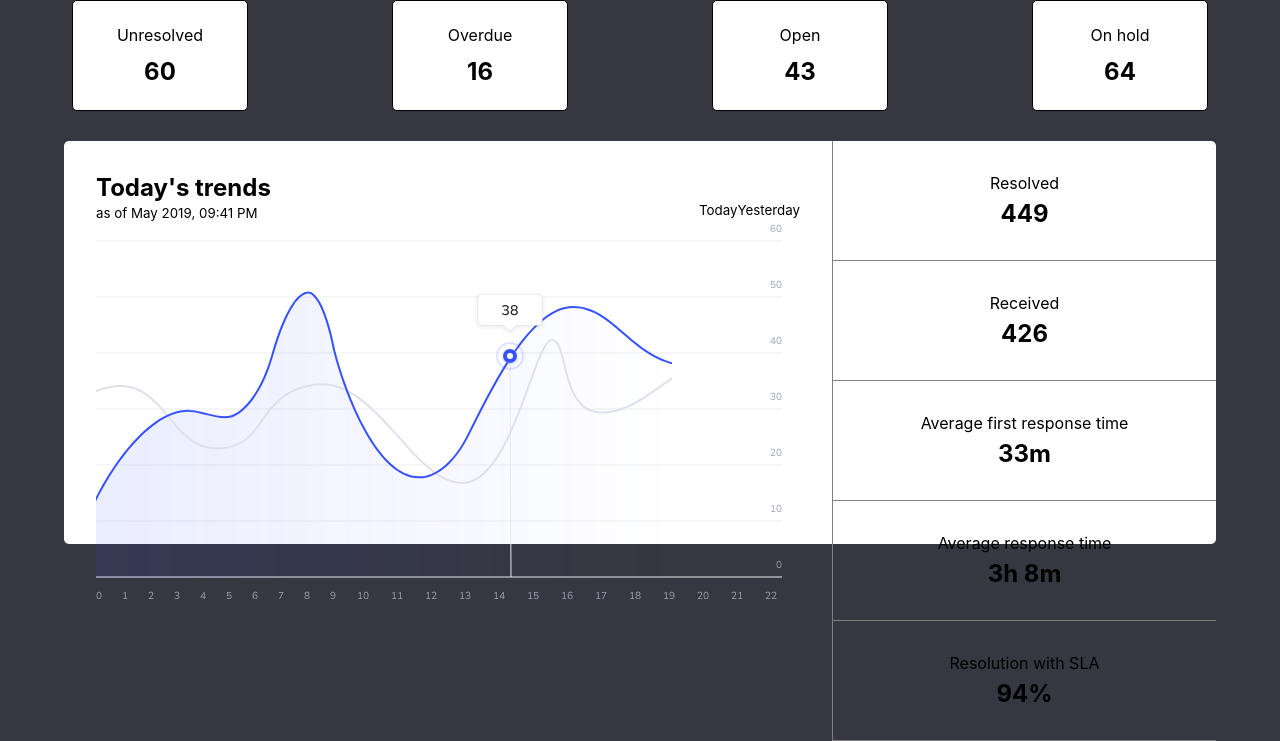
Repository: BuduCE/dashboard
Page: /
The author's editor kept a copy of each file at every save. The page is drawn from the files as they stood at one save, then again after the next save.
The browser window is 1280 px wide. The pictures show the whole page.
Some web libraries are served in a nearby version. The project was rebuilt for these pictures with package versions that can differ from the ones it lists, and the page was loaded fresh each time.

Above is the page before, as saved 2022-08-03 23:25:20.

After the next save:
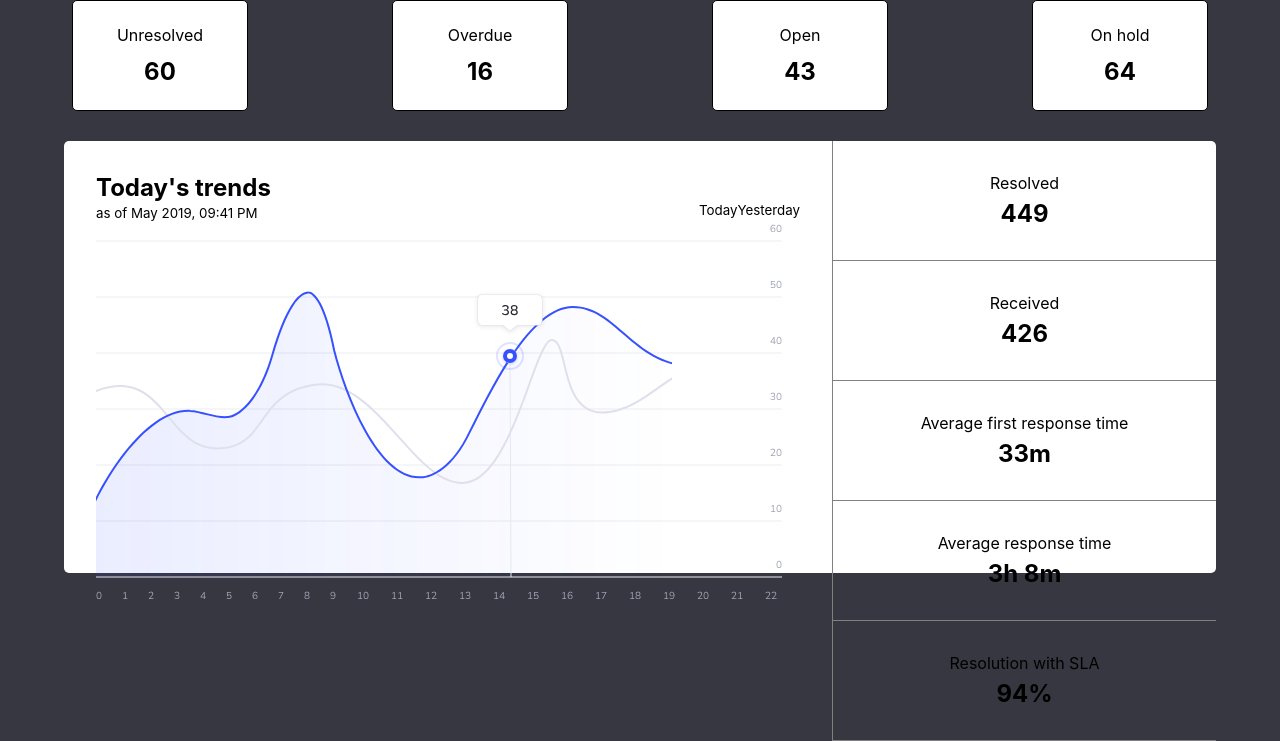
Saved 87 s later.
--- a/src/pages/Overview/styles.css
+++ b/src/pages/Overview/styles.css
@@ -26,7 +26,7 @@
     background: #fff;
     margin: auto;
     border-radius: 5px;
-    height: 56vh;
+    height: 60vh;
     margin-top: 30px;
     display: grid;
     grid-template-columns: 2fr 1fr;
